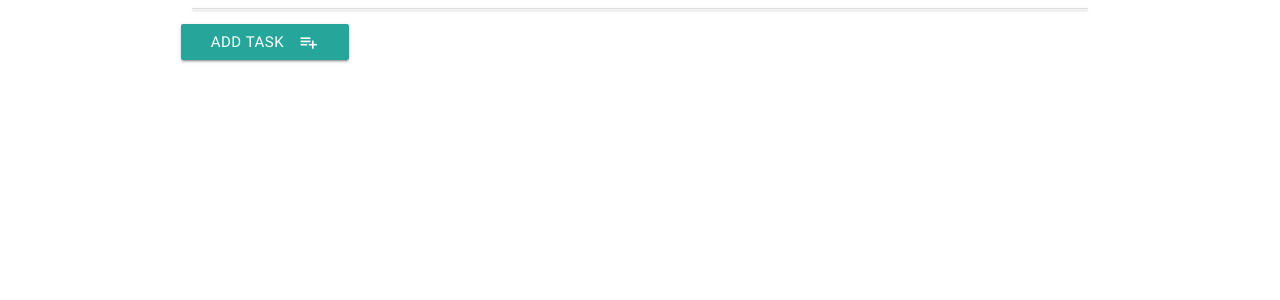
Repository: Robertpokane/task_manager
Page: http://localhost/
The author's editor kept a record of every edit. The page is drawn from the files as they stood at one moment, then again after the next edit.
The browser window is 1280 px wide. The pictures show the whole page.
Some web libraries are served in a nearby version. The page is served by the project's application, run on Flask 3 (app.py). Queries for data that is not in the repository find no rows.

Above is the page before.
Console error: TypeError: Cannot read properties of null (reading 'addEventListener')

After the next edit:
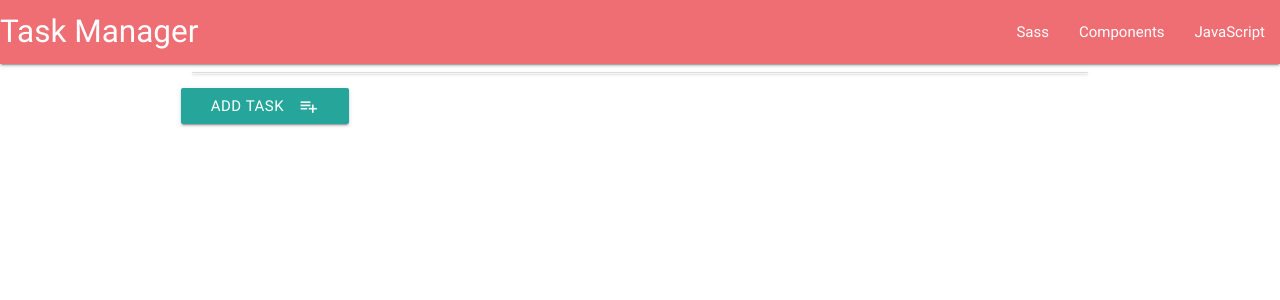
The edit:
--- a/templates/base.html
+++ b/templates/base.html
@@ -8,10 +8,21 @@
 </head>
 
 <body>
-
+    <header>
+        <nav>
+            <div class="nav-wrapper">
+                <a href="#" class="brand-logo">Task Manager</a>
+                <ul id="nav-mobile" class="right hide-on-med-and-down">
+                    <li><a href="sass.html">Sass</a></li>
+                    <li><a href="badges.html">Components</a></li>
+                    <li><a href="collapsible.html">JavaScript</a></li>
+                </ul>
+            </div>
+        </nav>
+    </header>
     <div class="container">
         {% block content %} {% endblock %}
-    <div>
+        <div>
 
             <script src="https://cdnjs.cloudflare.com/ajax/libs/jquery/3.2.1/jquery.min.js"></script>
             <script src="https://cdnjs.cloudflare.com/ajax/libs/materialize/0.100.2/js/materialize.min.js"></script>
